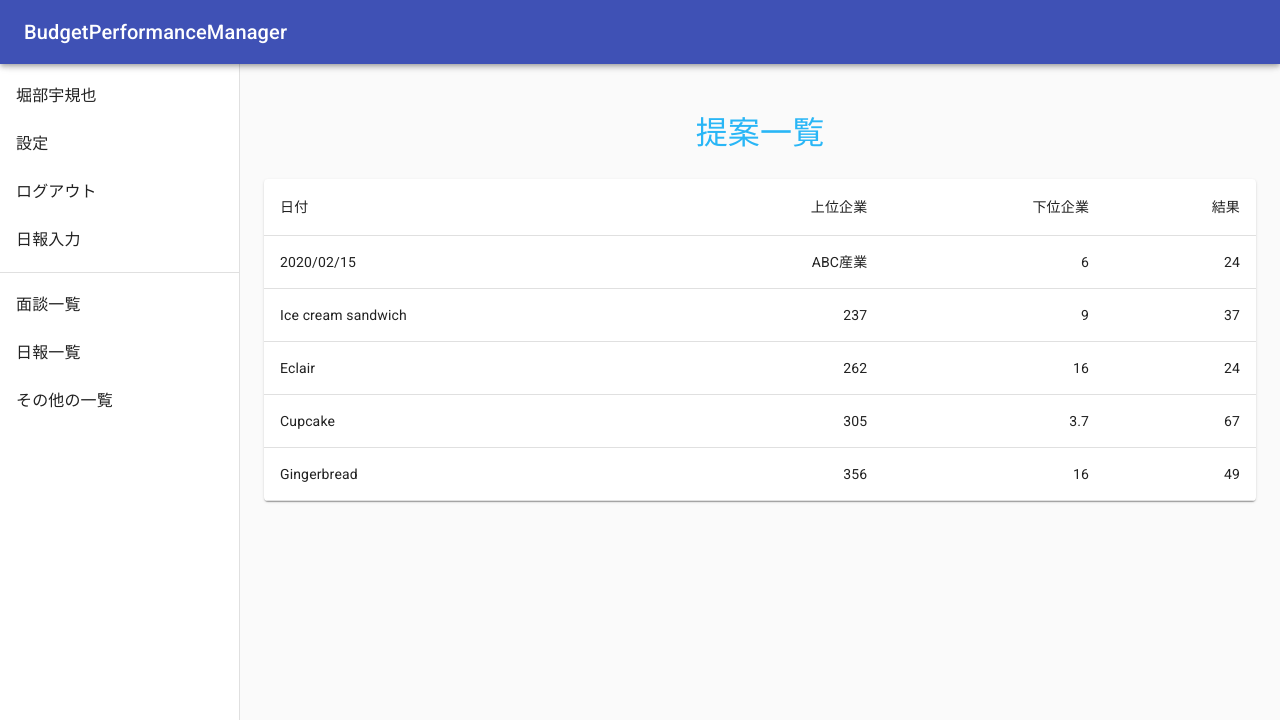
Repository: ukiyah/test
Page: / (app in src/)
The author's editor kept a copy of each file at every save. The page is drawn from the files as they stood at one save, then again after the next save.
The browser window is 1280 px wide. The pictures show the whole page.
The project was rebuilt for these pictures with package versions that can differ from the ones it lists, and the page was loaded fresh each time. Also part of the build but not shown: src/material-dashboard-react.js, src/Navbars/ref_AdminNavbarLinks/customInputStyle.js, src/Navbars/ref_AdminNavbarLinks/CustomInput.js, src/Navbars/ref_AdminNavbarLinks/buttonStyle.js, src/Navbars/ref_AdminNavbarLinks/Button.js, src/Navbars/ref_AdminNavbarLinks/dropdownStyle.js, src/Navbars/ref_AdminNavbarLinks/headerLinksStyle.js, src/Navbars/AdminNavbarLinks.js and 4 more.

Above is the page before, as saved 2020-02-20 18:56:48.

### src/index.css
body {
  margin: 0;
  font-family: -apple-system, BlinkMacSystemFont, 'Segoe UI', 'Roboto', 'Oxygen',
    'Ubuntu', 'Cantarell', 'Fira Sans', 'Droid Sans', 'Helvetica Neue',
    sans-serif;
  -webkit-font-smoothing: antialiased;
  -moz-osx-font-smoothing: grayscale;
}

code {
  font-family: source-code-pro, Menlo, Monaco, Consolas, 'Courier New',
    monospace;
}

.button {
  color: #000;
}

h1 {
  text-align: center;
  color:#29B6F6;
  font-weight: normal;
}

### src/App.js


// export default App;
import React from 'react';

import 'typeface-roboto';
import Sidebar from './Sidebar/Sidebar';
// import SimpleTable from "./Table";
import ClippedDrawer from "./Drawer";
class App extends React.Component{
  render() {
    return (
      <div>



        <ClippedDrawer />
      </div>

    );
  }

}

export default App;

### src/Drawer.js
import React from 'react';
import { makeStyles } from '@material-ui/core/styles';
import Drawer from '@material-ui/core/Drawer';
import AppBar from '@material-ui/core/AppBar';
import CssBaseline from '@material-ui/core/CssBaseline';
import Toolbar from '@material-ui/core/Toolbar';
import List from '@material-ui/core/List';
import Typography from '@material-ui/core/Typography';
import Divider from '@material-ui/core/Divider';
import ListItem from '@material-ui/core/ListItem';
import ListItemIcon from '@material-ui/core/ListItemIcon';
import ListItemText from '@material-ui/core/ListItemText';
import InboxIcon from '@material-ui/icons/MoveToInbox';
import MailIcon from '@material-ui/icons/Mail';
import SimpleTable from "./Table";
const drawerWidth = 240;

const useStyles = makeStyles(theme => ({
  root: {
    display: 'flex',
  },
  appBar: {
    zIndex: theme.zIndex.drawer + 1,
  },
  drawer: {
    width: drawerWidth,
    flexShrink: 0,
  },
  drawerPaper: {
    width: drawerWidth,
  },
  content: {
    flexGrow: 1,
    padding: theme.spacing(3),
  },
  toolbar: theme.mixins.toolbar,
}));

export default function ClippedDrawer() {
  const classes = useStyles();

  return (
    <div className={classes.root}>
      <CssBaseline />
      <AppBar position="fixed" className={classes.appBar}>
        <Toolbar>
          <Typography variant="h6" noWrap>
            BudgetPerformanceManager
          </Typography>
        </Toolbar>
      </AppBar>
      <Drawer
        className={classes.drawer}
        variant="permanent"
        classes={{
          paper: classes.drawerPaper,
        }}
      >
        <div className={classes.toolbar} />
        <List>
          {['堀部宇規也', '設定', 'ログアウト', '日報入力'].map((text, index) => (
            <ListItem button key={text}>
              {/* <ListItemIcon>{index % 2 === 0 ? <InboxIcon /> : <MailIcon />}</ListItemIcon> */}
              <ListItemText primary={text}  />
            </ListItem>
          ))}
        </List>
        <Divider />
        <List>
          {['面談一覧', '日報一覧', 'その他の一覧'].map((text, index) => (
            <ListItem button key={text}>
              {/* <ListItemIcon>{index % 2 === 0 ? <InboxIcon /> : <MailIcon />}</ListItemIcon> */}
              <ListItemText primary={text} />
            </ListItem>
          ))}
        </List>
      </Drawer>
      <main className={classes.content}>
        <div className={classes.toolbar} />
        <Typography paragraph>
            <h1>提案一覧</h1>
            <SimpleTable />

        </Typography>
        <Typography paragraph>

        </Typography>
      </main>
    </div>
  );
}

### src/Table.js
import React from 'react';
import { makeStyles } from '@material-ui/core/styles';
import Table from '@material-ui/core/Table';
import TableBody from '@material-ui/core/TableBody';
import TableCell from '@material-ui/core/TableCell';
import TableContainer from '@material-ui/core/TableContainer';
import TableHead from '@material-ui/core/TableHead';
import TableRow from '@material-ui/core/TableRow';
import Paper from '@material-ui/core/Paper';

const useStyles = makeStyles({
  table: {
    minWidth: 650,
  },
});

function createData(name, calories, fat, carbs, protein) {
  return { name, calories, fat, carbs, protein };
}

const rows = [
  createData('2020/02/15', 'ABC産業', 6.0, 24, 4.0),
  createData('Ice cream sandwich', 237, 9.0, 37, 4.3),
  createData('Eclair', 262, 16.0, 24, 6.0),
  createData('Cupcake', 305, 3.7, 67, 4.3),
  createData('Gingerbread', 356, 16.0, 49, 3.9),
];

export default function SimpleTable() {
  const classes = useStyles();

  return (
    <TableContainer component={Paper}>
      <Table className={classes.table} aria-label="simple table">
        <TableHead>
          <TableRow>
            <TableCell>日付</TableCell>
            <TableCell align="right">上位企業</TableCell>
            <TableCell align="right">下位企業</TableCell>
            <TableCell align="right">結果</TableCell>
            {/* <TableCell align="right">Protein&nbsp;(g)</TableCell> */}
          </TableRow>
        </TableHead>
        <TableBody>
          {rows.map(row => (
            <TableRow key={row.name}>
              <TableCell component="th" scope="row">
                {row.name}
              </TableCell>
              <TableCell align="right">{row.calories}</TableCell>
              <TableCell align="right">{row.fat}</TableCell>
              <TableCell align="right">{row.carbs}</TableCell>
            </TableRow>
          ))}
        </TableBody>
      </Table>
    </TableContainer>
  );
}

Loaded but not shown: src/index.js (common file); src/serviceWorker.js (common file)

After the next save:
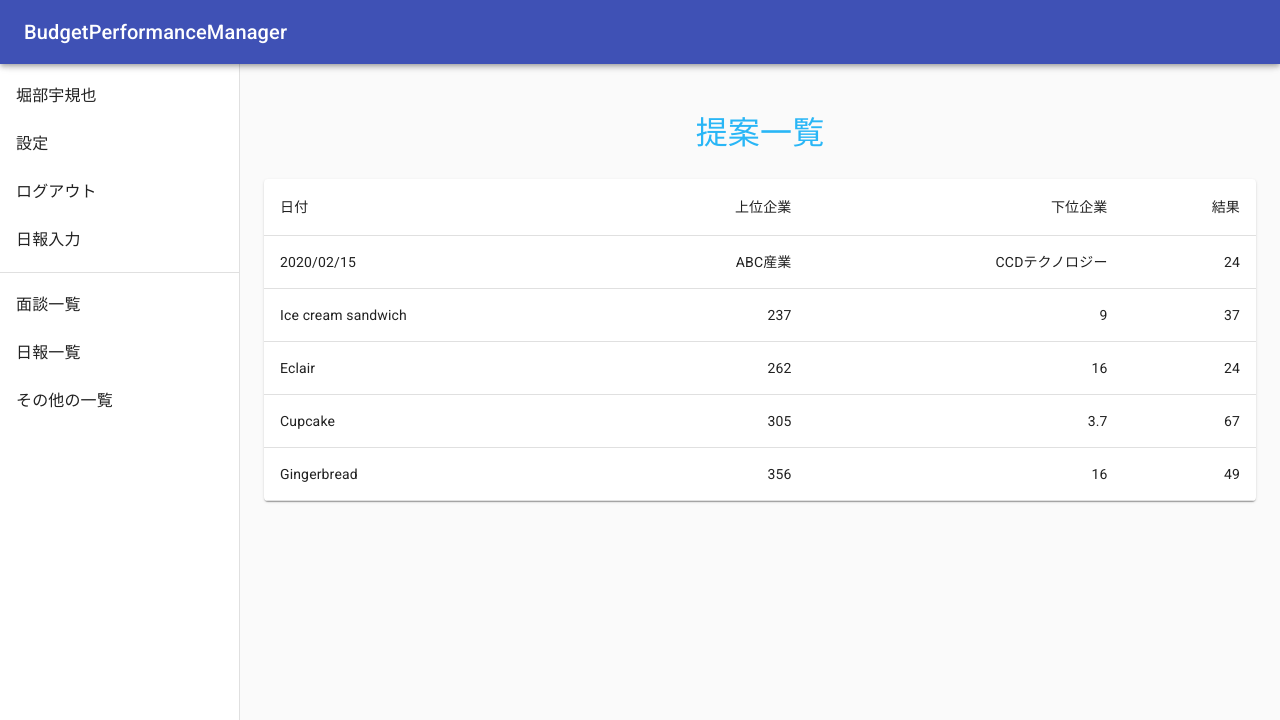
Saved 34 s later.
--- a/src/Table.js
+++ b/src/Table.js
@@ -19,7 +19,7 @@ function createData(name, calories, fat, carbs, protein) {
 }
 
 const rows = [
-  createData('2020/02/15', 'ABC産業', 6.0, 24, 4.0),
+  createData('2020/02/15', 'ABC産業', 'CCDテクノロジー', 24, 4.0),
   createData('Ice cream sandwich', 237, 9.0, 37, 4.3),
   createData('Eclair', 262, 16.0, 24, 6.0),
   createData('Cupcake', 305, 3.7, 67, 4.3),
